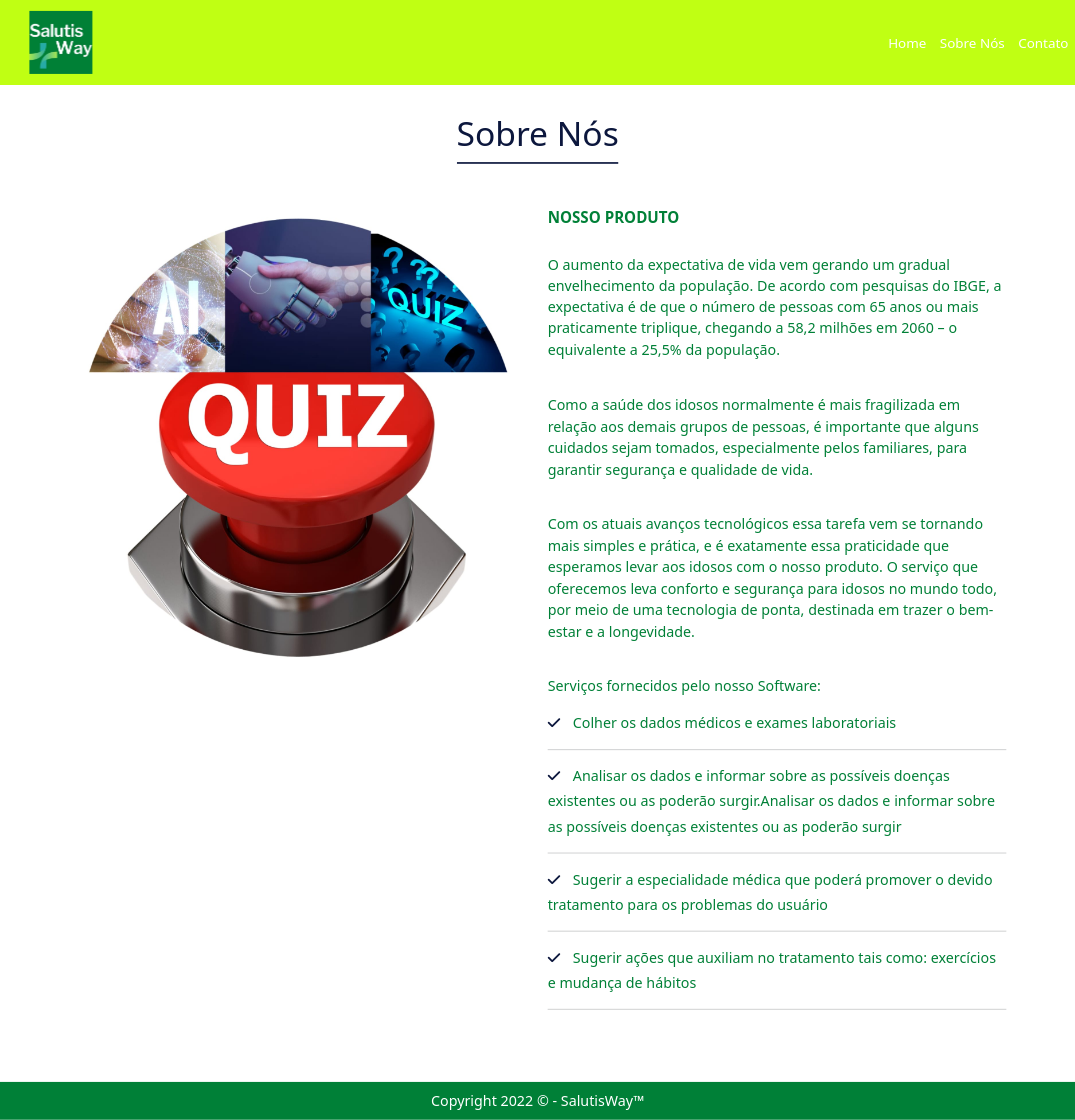
Repository: Novalt/Projeto-Back-end-4-PERIODO
Page: Site_Beta/HTML/sobre.html
These files come from the project's save history. The page is drawn as it stood at one moment and after the next save; the edit follows.
The browser window is 1280 px wide. The pictures show the whole page, at 84% of full size.
Some web libraries are served in a nearby version.

Above is the page before, as saved 2023-10-03 22:26:38.

### Site_Beta/HTML/sobre.html
<!DOCTYPE html>
<html lang="pt-br">

<head>


    <meta charset="UTF-8">

    <meta name="viewport" content="width=device-width, initial-scale=1.0">

    <link rel="stylesheet" href="style.css">

    <!----((CSS only))---->
    <link href="https://cdn.jsdelivr.net/npm/bootstrap@5.2.3/dist/css/bootstrap.min.css" rel="stylesheet"
        integrity="sha384-rbsA2VBKQhggwzxH7pPCaAqO46MgnOM80zW1RWuH61DGLwZJEdK2Kadq2F9CUG65" crossorigin="anonymous">

    <!----((JavaScript Bundle with Popper))---->
    <script src="https://cdn.jsdelivr.net/npm/bootstrap@5.2.3/dist/js/bootstrap.bundle.min.js"
        integrity="sha384-kenU1KFdBIe4zVF0s0G1M5b4hcpxyD9F7jL+jjXkk+Q2h455rYXK/7HAuoJl+0I4"
        crossorigin="anonymous"></script>

    <script src="https://code.jquery.com/jquery-3.6.1.min.js"
        integrity="sha256-o88AwQnZB+VDvE9tvIXrMQaPlFFSUTR+nldQm1LuPXQ=" crossorigin="anonymous"></script>

    <script src="https://kit.fontawesome.com/bf7e05c402.js" crossorigin="anonymous"></script>


    <title>QUIZ</title>



</head>

<body>


    <header>

        <!----((navbar))---->
        <div class="container" id="nav-container">
            <nav class="navbar navbar-expand-lg fixed-top">
                <a href="#" class="navbar-brand">
                    <img id="logo" src="img/Clínica Consano.jpg" alt="SalutisWay™">
                </a>
                <button class="navbar-toggler navbar-light" type="button" data-bs-toggle="collapse"
                    data-bs-target="#navbar-links" aria-controls="navbar-links" aria-expanded="false"
                    aria-label="toggle navigation">
                    <span class="navbar-toggler-icon"></span>
                </button>

                <div class="collapse navbar-collapse justify-content-end" id="navbar-links">
                    <div class="navbar-nav">

                        <a class="nav-item nav-link" id="home-menu" onclick="erro()" onmouseover="ficarazul1()"
                            onmouseout="ficarverde1()"
                            href="file:///C:/Users/lbeni/OneDrive/%C3%81rea%20de%20Trabalho/HTML/index.html">Home</a>
                        <a class="nav-item nav-link" id="sobre-menu" onclick="erro()" onmouseover="ficarazul2()"
                            onmouseout="ficarverde2()"
                            href="file:///C:/Users/lbeni/OneDrive/%C3%81rea%20de%20Trabalho/HTML/sobre.html">Sobre
                            Nós</a>
                        <a class="nav-item nav-link" id="contato-menu" onclick="erro()" onmouseover="ficarazul3()"
                            onmouseout="ficarverde3()"
                            href="file:///C:/Users/lbeni/OneDrive/%C3%81rea%20de%20Trabalho/HTML/contato.html">Contato</a>

                    </div>

                </div>


            </nav>

        </div>

    </header>

    <main>

        <div class="container-fluid">

            <!----((sobre nós))---->
            <div id="about-area">

                <div class="container">

                    <div class="row">

                        <div class="col-12">
                            <h3 class="main-title">Sobre Nós</h3>
                        </div>

                        <div class="col-md-6">

                            <img class="img-fluid" src="img/Imagem do WhatsApp de 2023-10-02 à(s) 22.29.46_85095220.jpg"
                                alt="SalutisWay™">

                        </div>


                        <div class="col-md-6">

                            <h3 class="about-title"> Nosso Produto </h3><br>
                            <p>O aumento da expectativa de vida vem gerando um gradual envelhecimento da
                                população. De acordo com
                                pesquisas do IBGE, a expectativa é de que o número de pessoas com 65
                                anos ou mais praticamente
                                triplique, chegando a 58,2 milhões em 2060 – o equivalente a 25,5% da
                                população.</p><br>


                            <p>Como a saúde dos idosos normalmente é mais fragilizada em relação aos
                                demais grupos de pessoas, é
                                importante que alguns cuidados sejam tomados, especialmente pelos
                                familiares, para garantir segurança
                                e qualidade de vida.
                            </p><br>


                            <p>Com os atuais avanços tecnológicos essa tarefa vem se tornando mais simples
                                e prática, e é exatamente
                                essa praticidade que esperamos levar aos idosos com o nosso produto. O
                                serviço que oferecemos leva
                                conforto e segurança para idosos no mundo todo, por meio de uma
                                tecnologia de ponta, destinada em
                                trazer o bem-estar e a longevidade.</p><br>

                            <p>Serviços fornecidos pelo nosso Software:</p>
                            <ul id="about-list">

                                <li><i class="fas fa-check"></i>Colher os dados médicos e exames
                                    laboratoriais </li>
                                <hr>

                                <li><i class="fas fa-check"></i>Analisar os dados e informar sobre as
                                    possíveis doenças existentes ou as poderão
                                    surgir.Analisar os dados e informar sobre as possíveis doenças
                                    existentes ou as poderão
                                    surgir</li>
                                <hr>

                                <li><i class="fas fa-check"></i>Sugerir a especialidade médica que
                                    poderá promover o devido tratamento para os problemas do
                                    usuário</li>
                                <hr>

                                <li><i class="fas fa-check"></i>Sugerir ações que auxiliam no tratamento
                                    tais como: exercícios e mudança de hábitos</li>
                                <hr>

                            </ul>

                        </div>
                    </div>

                </div>

            </div>





        </div>

    </main>

    <!----((rodapé))---->
    <footer>

        <div id="copy-area">
            <div class="container">
                <div class="row">
                    <div class="col-md-12">
                        <p>Copyright 2022 © - SalutisWay™</p>
                    </div>
                </div>
            </div>
        </div>
    </footer>

    <script src="scripts.js"></script>

</body>

</html>

### Site_Beta/HTML/style.css
/*-----((geral))-----*/

body {
  font-family: Arial, Helvetica, sans-serif;
  display: flex;
  flex-direction: column;
  min-height: 100vh;
}

.row {
  margin: 0;
}

.container {
  padding: 70px 0;
}

p,
li {
  color: #008037;
  font-size: 17px;
}




/*-----((navbar))-----*/

header,
.navbar {
  background-color: #c0ff13;

}

#nav-container {
  padding-top: 0;
  padding-bottom: 0;

}

#logo {
  width: 75px;
  margin-left: 10px;
}

.navbar-brand {
  padding: 25px;
  color: #fff;
}

.navbar-brand:hover {
  color: #fff;
}

#navbar-links a {
  color: #fff;
}

.navbar-expand-lg .navbar-nav .nav-link {
  padding: 1rem .7rem;
}




/*-----((slide))-----*/

.container-fluid {
  padding: 0;
}

#mainSlider .carousel-inner, #mainSlider .carousel-item {
  height: 85vh;
  margin-top: 50.7px;
}

#mainSlider .carousel-caption {
  top: 30%;
}

#mainSlider .carousel-caption h2 {
  font-size: 60px;
  font-family: Arial, Helvetica, sans-serif;
  font-weight: bold;
  margin-bottom: 30px;
  color: #c0ff13;
}

#mainSlider .carousel-caption p {
  font-size: 30px;
  font-weight: bold;
  margin-bottom: 50px;
  color: #ffffff;
}

.main-btn {
  background-color: #c0ff13;
  color: #FFF;
  text-transform: uppercase;
  width: 200px;
  height: 60px;
  padding: 10px 20px;
  border-radius: 30px;
  border: 3px solid transparent;
  transition: .5s;
}

.main-btn:hover {
  text-decoration: none;
  color: #d9ff00;
  background-color: transparent;
  border-color: #008037;
}

.carousel-indicators .active {
  background-color: #008037;
}






/*-----((sobre Nós))-----*/

#about-area {
  background-color: #fff;
}

.main-title {
  color: #0c173d;
  margin: 65px;
  font-size: 40px;
  text-align: center;
}

.main-title::after {
  content: "";
  display: block;
  position: absolute;
  width: 15%;
  margin-top: 10px;
  left: 42.5%;
  border-top: 2px solid #0c173d;
}

.about-title {
  font-size: 18px;
  color: #008037;
  text-transform: uppercase;
  font-weight: bold;
}

#about-list {
  list-style: none;
  padding-left: 0;
}

#about-list li {
  line-height: 30px;
}

#about-list i {
  color: #0c173d;
  margin-right: 15px;
}



/*-----((serviços))-----*/

.service-box {
  text-align: center;
  margin-bottom: 50px;
}

.service-box i,
.service-box h4 {
  transition: .5s;
}

.service-box i {
  font-size: 36px;
  margin-bottom: 20px;
  color: #008037;
}

.service-box h4 {
  font-size: 24px;
  margin-bottom: 20px;

}

.service-box:hover>i,
.service-box:hover>h4 {
  color: #d9ff00;

}




/*-----((time))-----*/

.card-body {
  text-align: center;
}


/*-----((responsividade))-----*/

@media(max-width: 768px) {

  .container {
    padding: 20px 0;
  }

  #mainSlider .carousel-inner,
  #mainSlider .carousel-item {
    height: auto;
  }

  #mainSlider .carousel-caption h2 {
    font-size: 28px;
  }

  #mainSlider .carousel-caption p {
    font-size: 18px;
    margin-bottom: 40px;
  }

  .carousel-caption {
    left: 10%;
    right: 10%;
  }

  #about-area img {
    margin-top: 100px;
  }

  .card-title {
    font-size: 14px;
  }

  .card-text {
    font-size: 12px;
  }

}

@media(max-width: 425px) {


  #mainSlider {
    margin-top: 90px;
  }

  #mainSlider .carousel-caption {
    top: 5%;
  }

  #mainSlider .carousel-caption h2 {
    font-size: 18px;
    margin-bottom: 40px;
  }

  #mainSlider .carousel-caption p {
    display: none;
  }

  .carousel-caption .main-btn {

    font-size: 14px;
  }

  .main-title {
    font-size: 30px;
  }

  #about-area img {
    margin-top: 0;
    margin-bottom: 30px;
  }


  #team-area .col-md-3 {
    width: 50%;
    margin-bottom: 30px;
  }

  .contact-box {
    border: none;
    margin-bottom: 0;
  }

}






/*-----((footer))-----*/

#contact-area {
  text-align: center;
}

.contact-box {
  padding-bottom: 50px;
  margin-bottom: 50px;
  border-bottom: 1.5px solid #008037;
}

.contact-box i {
  color: #008037;
  border: solid 1.5px #008037;
  border-radius: 50%;
  width: 55px;
  height: 55px;
  line-height: 55px;
  font-size: 24px;
  margin-bottom: 20px;
}

.contact-box p {
  font-size: 16px;
}

.contact-tile {
  font-weight: bold;
  color: #008037;
}

#msg-box p {
  font-size: 22px;
}

#contact-form input[type="text"],
#contact-form textarea {
  margin-bottom: 15px;
  border-radius: 0;
}

#contact-form .main-btn {
  width: 120px;
  height: 50px;
}

#contact-form .main-btn:hover {
  color: #008037;
}






/*-----((Copyright))-----*/

#copy-area {
  background-color: #008037;
}

#copy-area .container {
  padding: 10px 0;
  text-align: center;
}

#copy-area .container p {
  margin-bottom: 0;
  color: #ffffff;
}

### Site_Beta/HTML/scripts.js
var quad = document.getElementById("home-menu")

var quad1 = document.getElementById("sobre-menu")

var quad2 = document.getElementById("contato-menu")







function ficarazul1() {
    quad.style.backgroundColor = "#0c173d"

}
function ficarverde1() {
    quad.style.backgroundColor = "#008037"

}




function ficarazul2() {
    quad1.style.backgroundColor = "#0c173d"
}
function ficarverde2() {
    quad1.style.backgroundColor = "#008037"

}




function ficarazul3() {
    quad2.style.backgroundColor = "#0c173d"
}
function ficarverde3() {
    quad2.style.backgroundColor = "#008037"

}

After the next save:
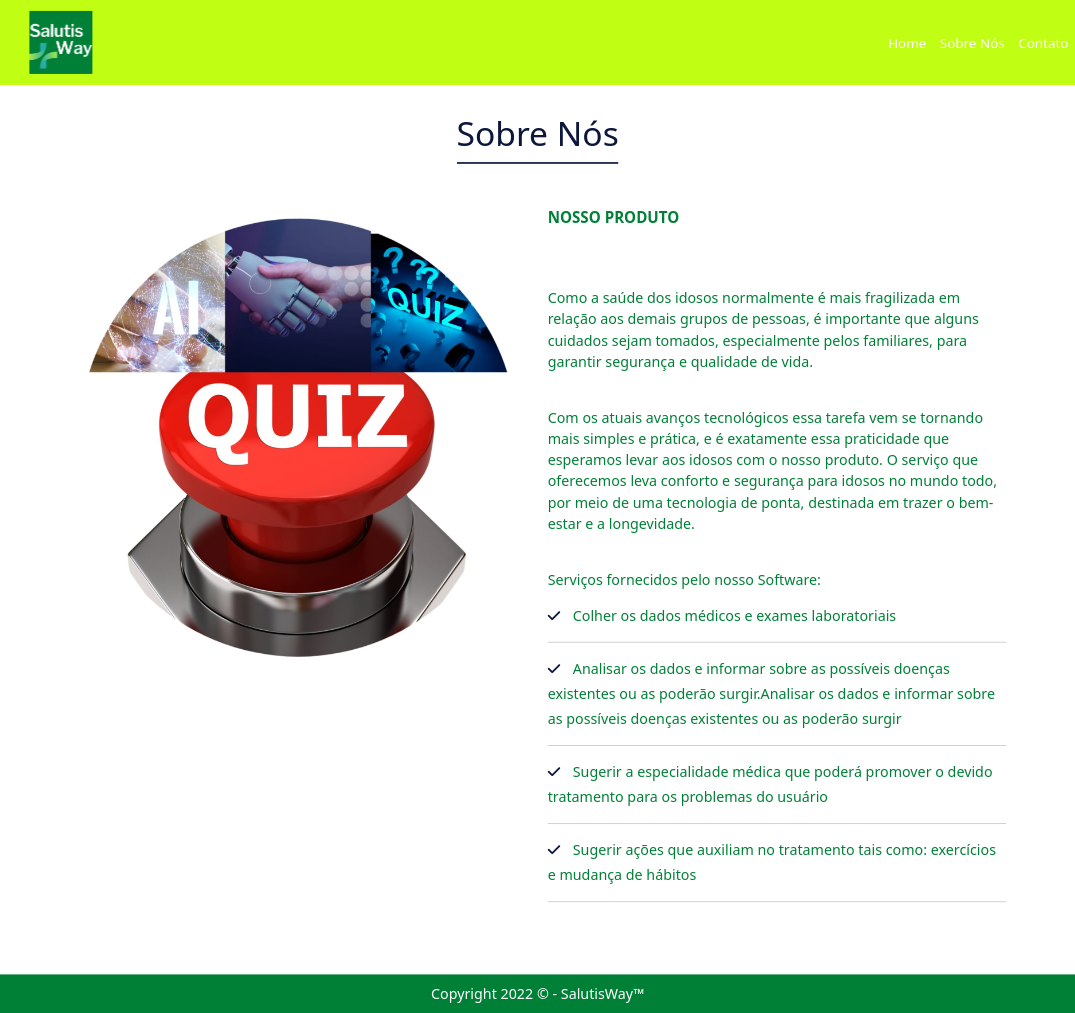
Saved 113 s later.
--- a/Site_Beta/HTML/sobre.html
+++ b/Site_Beta/HTML/sobre.html
@@ -99,12 +99,7 @@
                         <div class="col-md-6">
 
                             <h3 class="about-title"> Nosso Produto </h3><br>
-                            <p>O aumento da expectativa de vida vem gerando um gradual envelhecimento da
-                                população. De acordo com
-                                pesquisas do IBGE, a expectativa é de que o número de pessoas com 65
-                                anos ou mais praticamente
-                                triplique, chegando a 58,2 milhões em 2060 – o equivalente a 25,5% da
-                                população.</p><br>
+                            <p></p><br>
 
 
                             <p>Como a saúde dos idosos normalmente é mais fragilizada em relação aos
